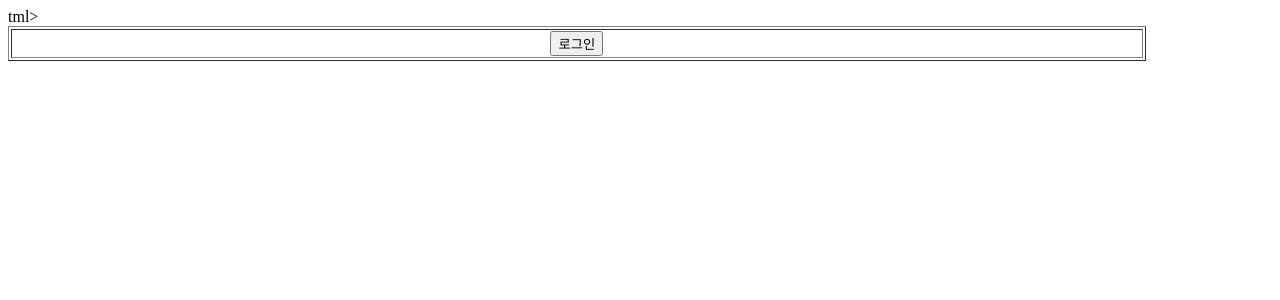
Repository: AHJ2616/Java
Page: http://localhost/board-jsp/Common/Link.jsp
An editor plug-in stored every save of this project. The page is shown before and after the next save, followed by the edit.
The browser window is 1280 px wide. The pictures show the whole page.
The page is served by Tomcat 9.

Above is the page before, as saved 2024-07-26 03:01:46.

After the next save:
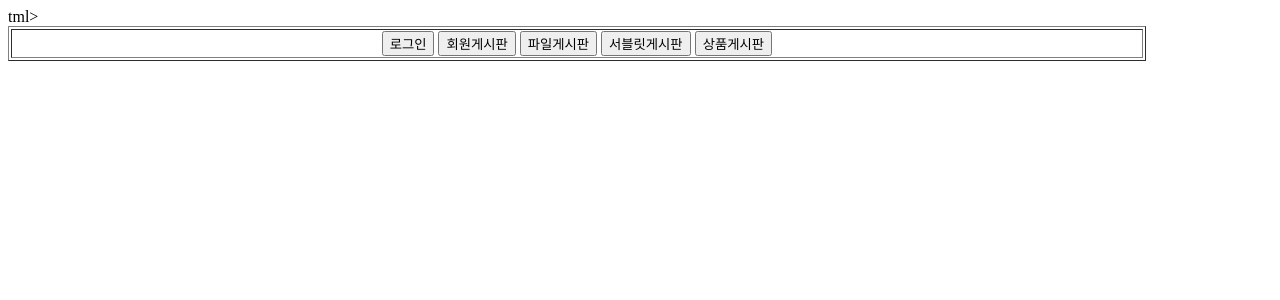
Saved 2 min 27 s later.
--- a/jsp_workspace/board-jsp/src/main/webapp/Common/Link.jsp
+++ b/jsp_workspace/board-jsp/src/main/webapp/Common/Link.jsp
@@ -14,6 +14,11 @@
 
     	<% }
     	%>
+    	<!-- 게시판 링크 추가 -->
+    	<button type= "button" onclick= "location.href='../08Board/list.jsp'">회원게시판</button>
+    	<button type= "button" onclick= "location.href='../09File/list.jsp'">파일게시판</button>
+    	<button type= "button" onclick= "location.href='../10Mvc/list.jsp'">서블릿게시판</button>
+    	<button type= "button" onclick= "location.href='../11Item/list.jsp'">상품게시판</button>
     </td>
     <!-- 로그인상태를 보고 로그인 | 로그아웃 표시 -->
 
